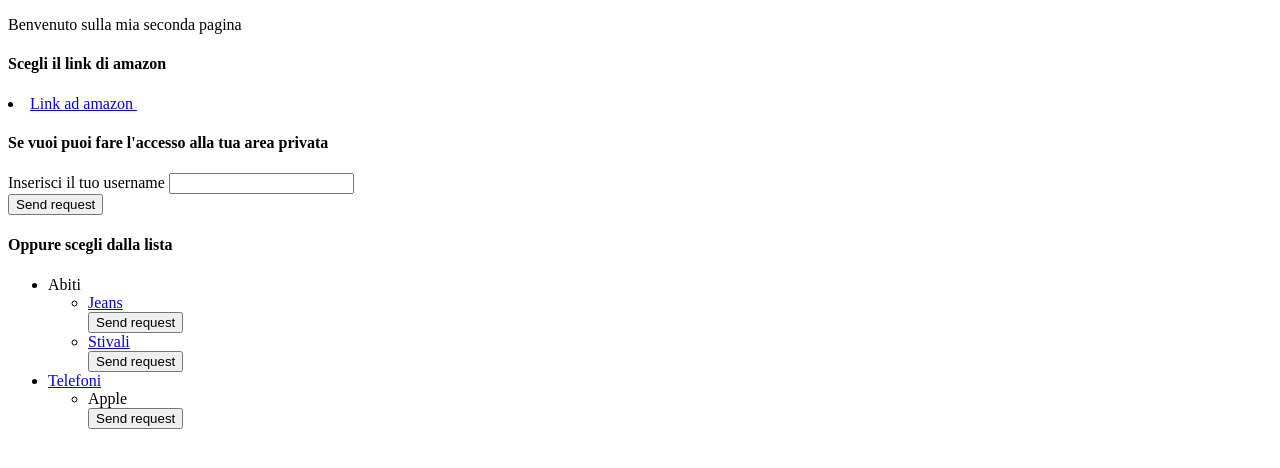
Repository: AndreaGuastaferro/Repository_Andrea_Guastaferro_Front
Page: cartella_html/NUOVO_HTML/Secondo_File.html
These files come from the project's save history. The page is drawn as it stood at one moment and after the next save; the edit follows.
The browser window is 1280 px wide. The pictures show the whole page.

Above is the page before, as saved 2018-10-22 09:16:20.

### cartella_html/NUOVO_HTML/Secondo_File.html
<!DOCTYPE html>
<html>
<head>
<meta charset="ISO-8859-1">
<title>Insert title here</title>
</head>
<body>
	<p> Benvenuto sulla mia seconda pagina </p>
	<h4>Scegli il link di amazon</h4>

			<li><a href= "https://www.amazon.it"> Link ad amazon <img src=""> </a> </li>
			<h4> Se vuoi puoi fare l'accesso alla tua area privata</h4>
			<form>
					  <div>
					    <label for="example">Inserisci il tuo username</label>
					    <input id="example" type="text" name="text">
					  </div>
					  <div>
					    <input type="submit" value="Send request">
					  </div>
			</form>
			<h4> Oppure scegli dalla lista</h4>
				<ul>
					<li><a href= " https://www.amazon.it/b/ref=nav__fashion_man?ie=UTF8&node=5515769031"></a>Abiti</li>
						<ul>
							<li> <a href="https://www.amazon.it/s/ref=s9_acss_bw_cg_ITMFMay2_3c1_w?__mk_it_IT=%C5M%C5Z%D5%D1&rh=i%3Aapparel%2Cn%3A2844433031%2Cn%3A%212844438031%2Cn%3A%212844440031%2Cn%3A15437070031%2Cp_76%3A490210031%2Cn%3A2892862031%2Cn%3A2892945031&bbn=15437070031&sort=date-desc-rank&ie=UTF8&pf_rd_m=A2VX19DFO3KCLO&pf_rd_s=merchandised-search-5&pf_rd_r=47Q5SCQ3NC4T83X6EN1V&pf_rd_t=101&pf_rd_p=2b56b692-4bdb-4382-b36f-c06c7c0ce0d7&pf_rd_i=5515769031"></</a>Jeans</li>
							<input type="submit" value="Send request">
							<li> <a href=" https://www.amazon.it/s/ref=s9_acss_bw_cg_ITMFMay2_3b1_w?__mk_it_IT=%C5M%C5Z%D5%D1&rh=i%3Ashoes%2Cn%3A524006031%2Cn%3A%21696352031%2Cn%3A%21696595031%2Cn%3A15437073031%2Cp_76%3A490210031%2Cn%3A700578031%2Cn%3A700703031%2Cn%3A700751031&bbn=15437073031&sort=date-desc-rank&ie=UTF8&pf_rd_m=A2VX19DFO3KCLO&pf_rd_s=merchandised-search-5&pf_rd_r=47Q5SCQ3NC4T83X6EN1V&pf_rd_t=101&pf_rd_p=2b56b692-4bdb-4382-b36f-c06c7c0ce0d7&pf_rd_i=5515769031">Stivali</a></li>
							<input type="submit" value="Send request">
						</ul>
					<li><a href= " https://www.amazon.it/telefonia-mobile/b/ref=sd_allcat_tele?ie=UTF8&node=435507031"></</a>Telefoni</li>
						<ul>
							<li> <a href=" https://www.amazon.it/s/ref=lp_435507031_nr_p_89_3?fst=as%3Aoff&rh=n%3A412609031%2Cn%3A%21435499031%2Cn%3A%21435501031%2Cn%3A435507031%2Cp_89%3AApple&bbn=435507031&ie=UTF8&qid=1540199277&rnid=1688663031"></a>Apple</li>
							<input type="submit" value="Send request">
						</ul>
				</ul>








<!--

	<li><a href="https://www.google.it"> Link a google <img src=""></a> </li>

		<h4>Scegli un link alternativo tra i seguenti</h4>

			<ol>
				<li> <a href="https://www.fantagazzetta.com"> Link a fantagazzetta </a></li>

				<li> <a href="http://www.irpinianews.it"> Link a irpinianews </a></li>

			</ol>

		</ul> -->



</body>
</html>

After the next save:
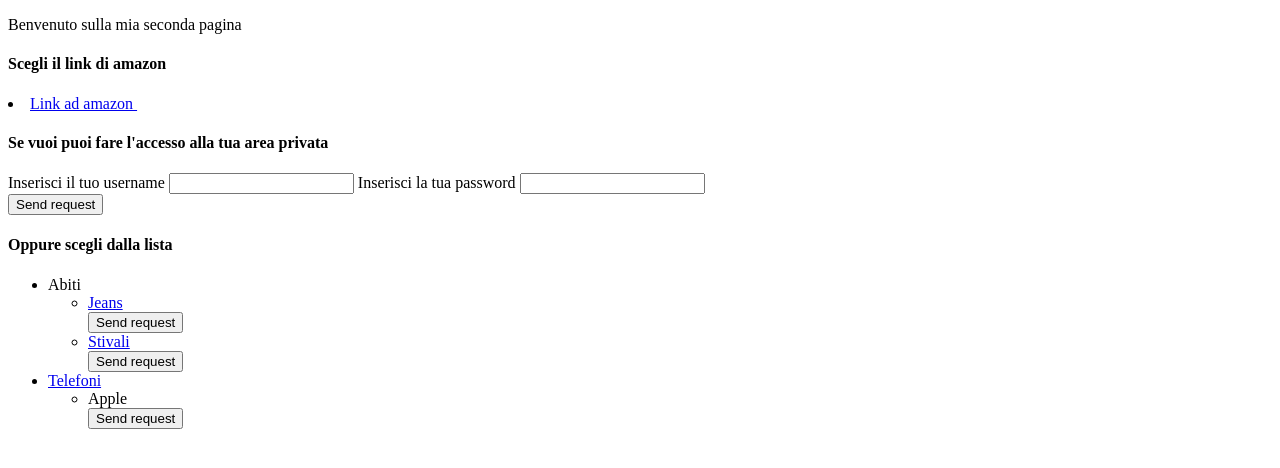
Saved 36 s later.
--- a/cartella_html/NUOVO_HTML/Secondo_File.html
+++ b/cartella_html/NUOVO_HTML/Secondo_File.html
@@ -13,6 +13,8 @@
 			<form>
 					  <div>
 					    <label for="example">Inserisci il tuo username</label>
+					    <input id="example" type="text" name="text">
+					    <label for="example">Inserisci la tua password</label>
 					    <input id="example" type="text" name="text">
 					  </div>
 					  <div>
